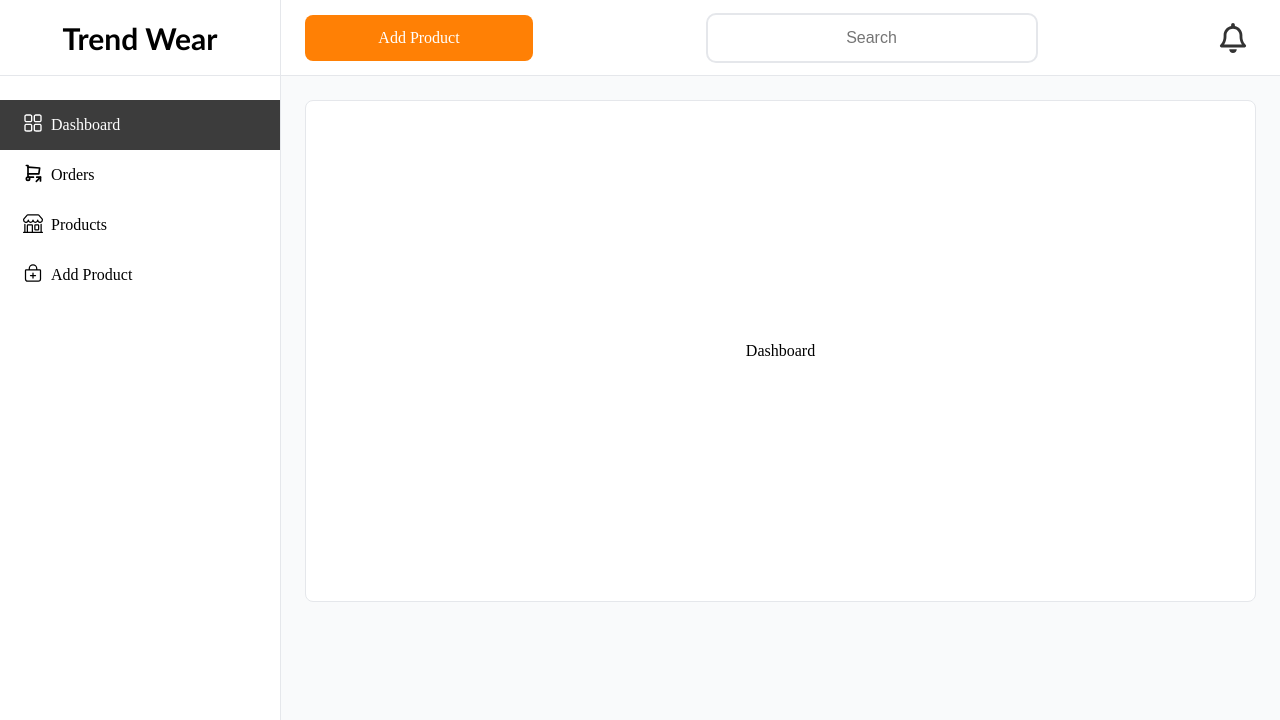
Repository: ahmad-dev7/TrendWear
Page: / (app in trend_wear_dashboard/)
An editor plug-in stored every save of this project. The page is shown before and after the next save, followed by the edit.
The browser window is 1280 px wide. The pictures show the whole page.
The project was rebuilt for these pictures with package versions that can differ from the ones it lists, and the page was loaded fresh each time. Also part of the build but not shown: trend_wear_dashboard/vite.config.ts.

Above is the page before, as saved 2025-01-19 21:54:09.

After the next save:
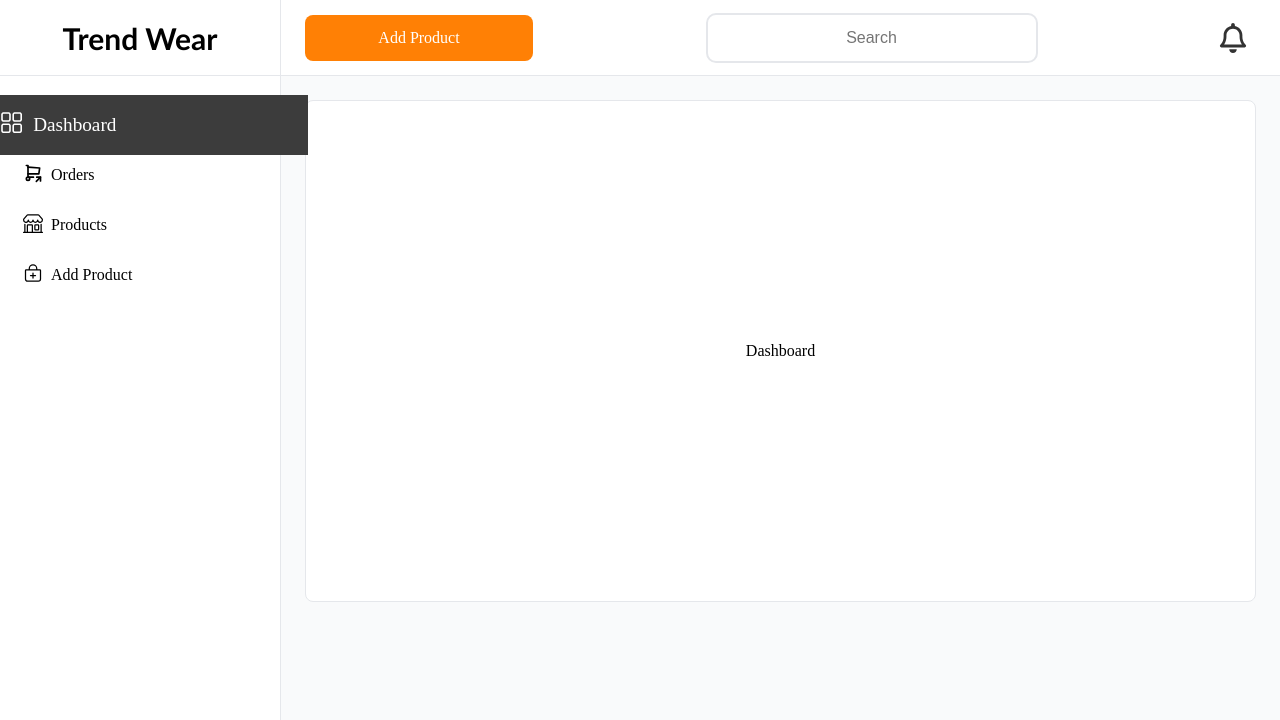
Saved 41 s later.
--- a/trend_wear_dashboard/src/Components/Sidebar/Sidebar.css
+++ b/trend_wear_dashboard/src/Components/Sidebar/Sidebar.css
@@ -41,6 +41,7 @@
 #sidebar-content .active {
     background-color: #3c3c3c;
     color: white;
+    scale: 1.2;
 }
 
 #sidebar-content .tab:hover:not(.active) {
